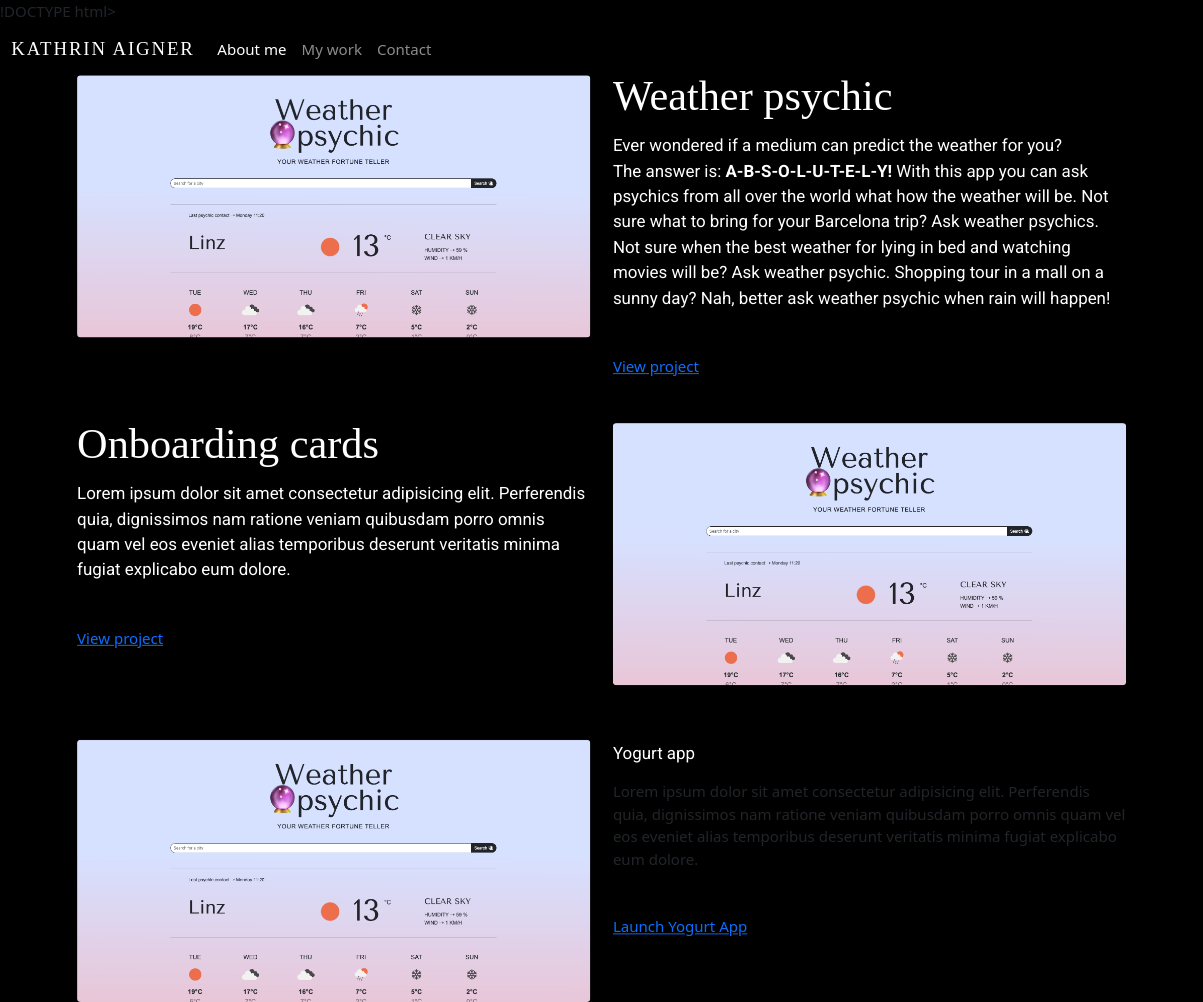
Repository: kathrin-aigner/Portfolio-2022
Page: work.html
The author's editor kept a copy of each file at every save. The page is drawn from the files as they stood at one save, then again after the next save.
The browser window is 1280 px wide. The pictures show the whole page, at 94% of full size.
Some web fonts or font styles are not loaded; a fallback is used. Some web libraries are served in a nearby version.

Above is the page before, as saved 2022-03-28 12:45:09.

### work.html
!DOCTYPE html>
<html lang="en">
  <head>
    <meta charset="UTF-8" />
    <meta http-equiv="X-UA-Compatible" content="IE=edge" />
    <meta name="viewport" content="width=device-width, initial-scale=1.0" />
    <link
      href="https://cdn.jsdelivr.net/npm/bootstrap@5.1.3/dist/css/bootstrap.min.css"
      rel="stylesheet"
      integrity="sha384-1BmE4kWBq78iYhFldvKuhfTAU6auU8tT94WrHftjDbrCEXSU1oBoqyl2QvZ6jIW3"
      crossorigin="anonymous"
    />
    <script
      src="https://cdn.jsdelivr.net/npm/bootstrap@5.1.3/dist/js/bootstrap.bundle.min.js"
      integrity="sha384-ka7Sk0Gln4gmtz2MlQnikT1wXgYsOg+OMhuP+IlRH9sENBO0LRn5q+8nbTov4+1p"
      crossorigin="anonymous"
    ></script>
    <link rel="preconnect" href="https://fonts.googleapis.com" />
    <link rel="preconnect" href="https://fonts.gstatic.com" crossorigin />
    <link
      href="https://fonts.googleapis.com/css2?family=Dela+Gothic+One&family=Roboto:wght@400;500;700&display=swap"
      rel="stylesheet"
    />
    <script
      src="https://kit.fontawesome.com/9a62a34935.js"
      crossorigin="anonymous"
    ></script>

    <link rel="stylesheet" href="/css/styles.css" />
    <title>Welcome to my portfolio – Kathrin Aigner</title>
  </head>
  <body>
    <nav class="navbar navbar-expand-lg navbar-dark text-end">
      <div class="container-fluid">
        <a class="navbar-brand text-uppercase" href="#">Kathrin Aigner</a>
        <button
          class="navbar-toggler"
          type="button"
          data-bs-toggle="collapse"
          data-bs-target="#navbarSupportedContent"
          aria-controls="navbarSupportedContent"
          aria-expanded="false"
          aria-label="Toggle navigation"
        >
          <span class="navbar-toggler-icon"></span>
        </button>
        <div class="collapse navbar-collapse" id="navbarSupportedContent">
          <ul class="navbar-nav me-auto mb-2 mb-lg-0">
            <li class="nav-item">
              <a
                class="nav-link active"
                aria-current="page"
                href="/about.html"
                title="more information about me"
                >About me</a
              >
            </li>
            <li class="nav-item">
              <a class="nav-link" href="/work.html" title="View my work here"
                >My work</a
              >
            </li>
            <li class="nav-item">
              <a class="nav-link" href="/contact.html" title="how to contact me"
                >Contact</a
              >
            </li>
          </ul>
        </div>
      </div>
    </nav>
    <div class="container">
      <div class="row">
        <div class="col-md-6">
          <img
            src="/images/wheater psychic.png"
            class="img-fluid rounded"
            alt="picture showing a preview of the weather homepage"
          />
        </div>
        <div class="col-sm-6">
          <div class="header-page mb-3">Weather psychic</div>
          <p class="page-section">
            Ever wondered if a medium can predict the weather for you? </br>The
            answer is: <strong>A-B-S-O-L-U-T-E-L-Y!</strong> With this app you
            can ask psychics from all over the world what how the weather will be.
            Not sure what to bring for your Barcelona trip? Ask weather psychics.
            Not sure when the best weather for lying in bed and watching movies
            will be? Ask weather psychic. Shopping tour in a mall on a sunny
            day? Nah, better ask weather psychic when rain will happen!
          </p>
          <div class="mt-5">
            <a href="#" class="primary-link" title="click to launch weather psychic"
              >View project</a
            >
          </div>
        </div>
      </div>
      <div class="row mt-5">
        <div class="col-sm-6">
          <div class="header-page mb-3">Onboarding cards</div>
          <p class="page-section">
            Lorem ipsum dolor sit amet consectetur adipisicing elit. Perferendis
            quia, dignissimos nam ratione veniam quibusdam porro omnis quam vel
            eos eveniet alias temporibus deserunt veritatis minima fugiat
            explicabo eum dolore.
          </p>
          <div class="mb-5 mt-5">
            <a href="#" class="primary-link" title="Click to view the project"
              >View project</a
            >
          </div>
        </div>
        <div class="col-sm-6">
          <img
            src="/images/wheater psychic.png"
            class="img-fluid rounded"
            alt="picture showing card game"
          />
        </div>
      </div>
      <div class="row mt-5">
        <div class="col-sm-6">
          <img
            src="/images/wheater psychic.png"
            class="img-fluid rounded"
            alt="picture showing a preview of the website about yoghurt"
          />
        </div>
        <div class="col-sm-6">
          <div class="page-section mb-3">Yogurt app</div>
          <p>
            Lorem ipsum dolor sit amet consectetur adipisicing elit. Perferendis
            quia, dignissimos nam ratione veniam quibusdam porro omnis quam vel
            eos eveniet alias temporibus deserunt veritatis minima fugiat
            explicabo eum dolore.
          </p>
          <div class="mt-5">
            <a href="#" class="primary-link" title="click to launch yogurt app"
              >Launch Yogurt App</a
            >
          </div>
        </div>
      </div>
    </div>
  </body>
</html>

### css/styles.css
:root {
  --primary-color: white;
  --secondary-color: black;
  --heading-font-family: "Dela Gothic One", cursive;
  --default-font-family: "Roboto", sans-serif;
}

body {
  background-color: var(--secondary-color);
}

.herosection {
  text-align: center;
  padding: 160px 0;
}
.header {
  line-height: 1em;
  font-family: var(--heading-font-family);
  font-size: 200px;
  color: var(--primary-color);
}
.subheader {
  font-size: 32px;
  color: var(--primary-color);
  font-family: var(--default-font-family);
}
.header-page {
  line-height: 1em;
  font-size: 45px;
  color: var(--primary-color);
  font-family: var(--heading-font-family);
}

.page-section {
  font-size: 18px;
  color: var(--primary-color);
  font-family: var(--default-font-family);
}

.introduction {
  font-size: 16px;
  color: var(--primary-color);
  font-family: var(--default-font-family);
}
.navbar-brand {
  font-family: var(--heading-font-family);

  letter-spacing: 0.1em;
}

.btn-primary {
  font-family: var(--default-font-family);
  border: 2px solid var(--primary-color);
  background: var(--secondary-color);
  padding: 12px 48px;
}

.project-preview {
  max-width: 500px;
}

After the next save:
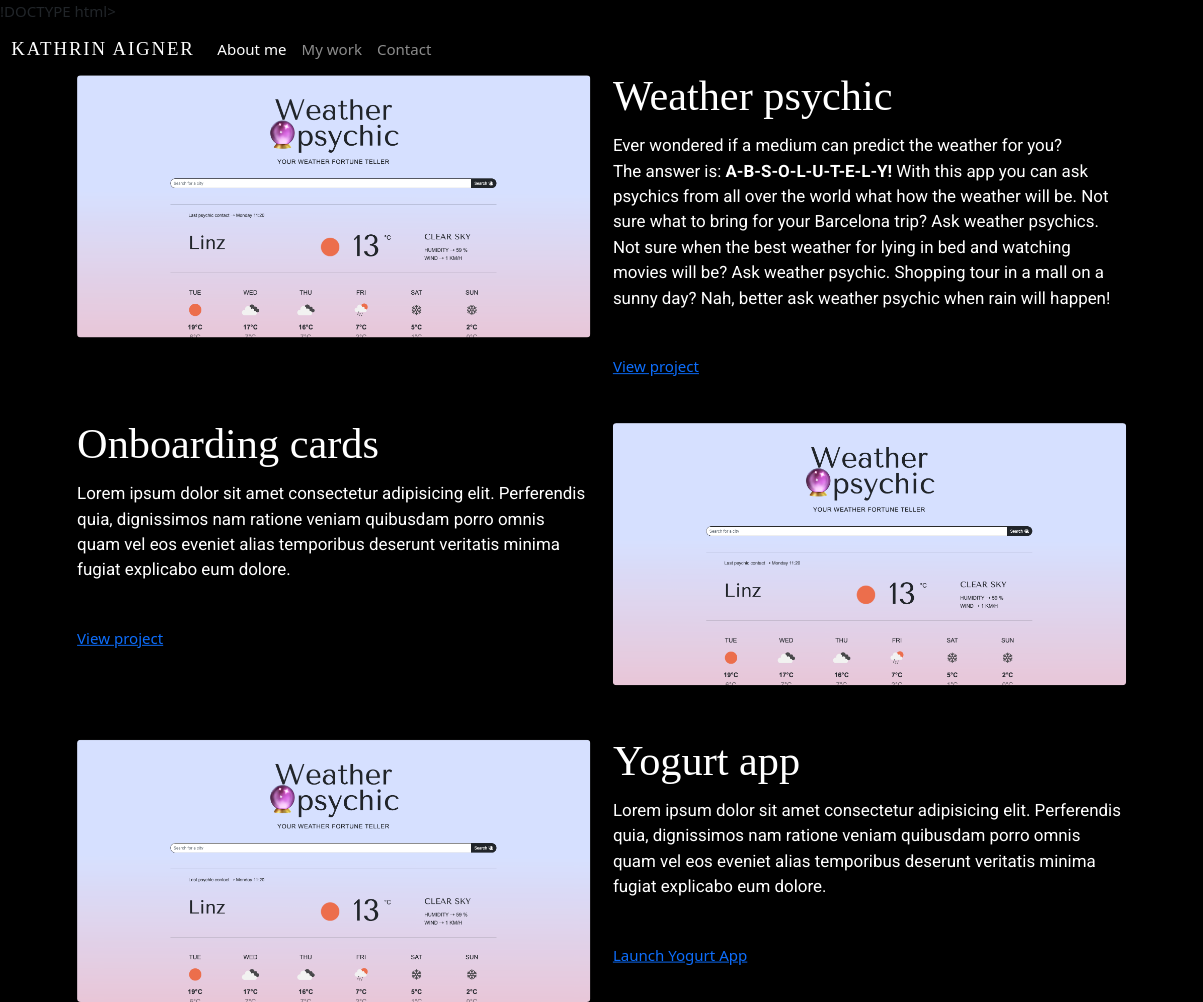
Saved 27 s later.
--- a/work.html
+++ b/work.html
@@ -128,8 +128,8 @@
           />
         </div>
         <div class="col-sm-6">
-          <div class="page-section mb-3">Yogurt app</div>
-          <p>
+          <div class="header-page mb-3">Yogurt app</div>
+          <p class="page-section">
             Lorem ipsum dolor sit amet consectetur adipisicing elit. Perferendis
             quia, dignissimos nam ratione veniam quibusdam porro omnis quam vel
             eos eveniet alias temporibus deserunt veritatis minima fugiat
